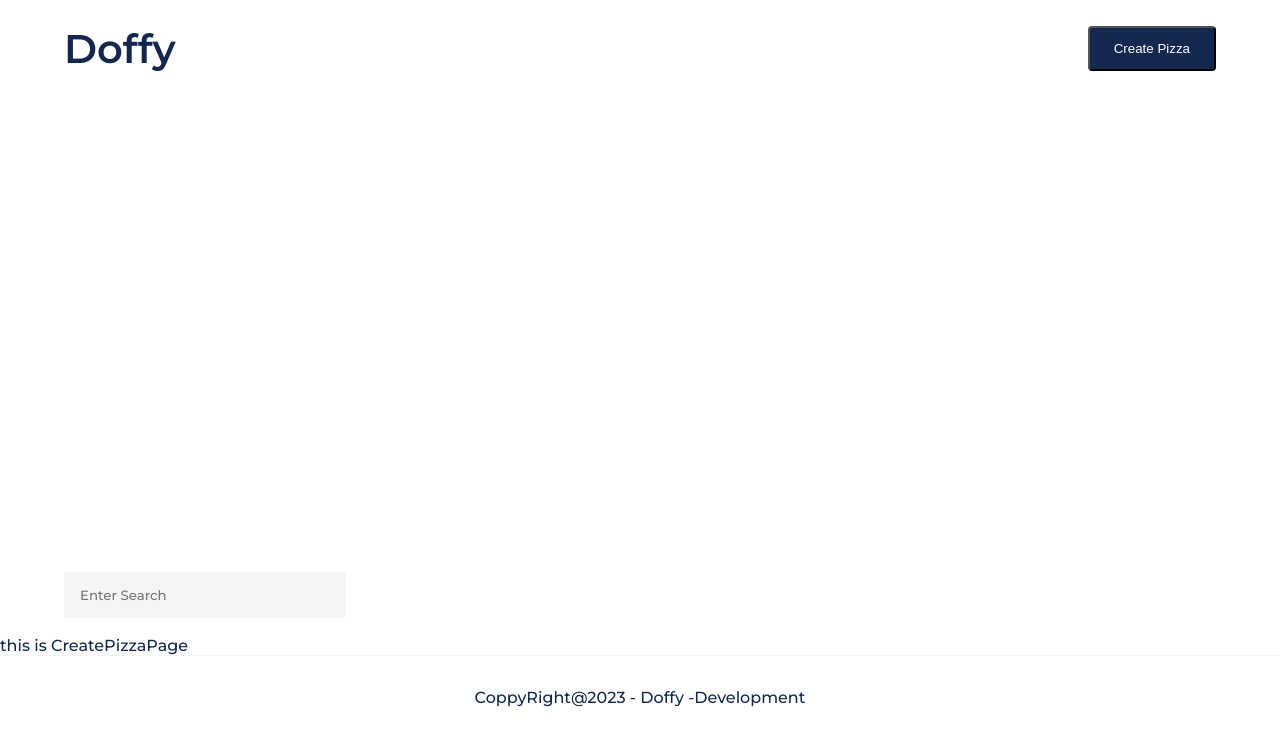
Repository: 16-Doffy/Pizza-Store
Page: /
The author's editor kept a copy of each file at every save. The page is drawn from the files as they stood at one save, then again after the next save.
The browser window is 1280 px wide. The pictures show the whole page.
The page's requests for data from a server got no answer. An inner scrolling area shows only its first screen. The project was rebuilt for these pictures with package versions that can differ from the ones it lists, and the page was loaded fresh each time. No one was signed in, and anything a server would have sent is missing. Also part of the build but not shown: webpack.config.js, src/sections/CardPizza.tsx.

Above is the page before, as saved 2025-02-08 13:36:52.

After the next save:
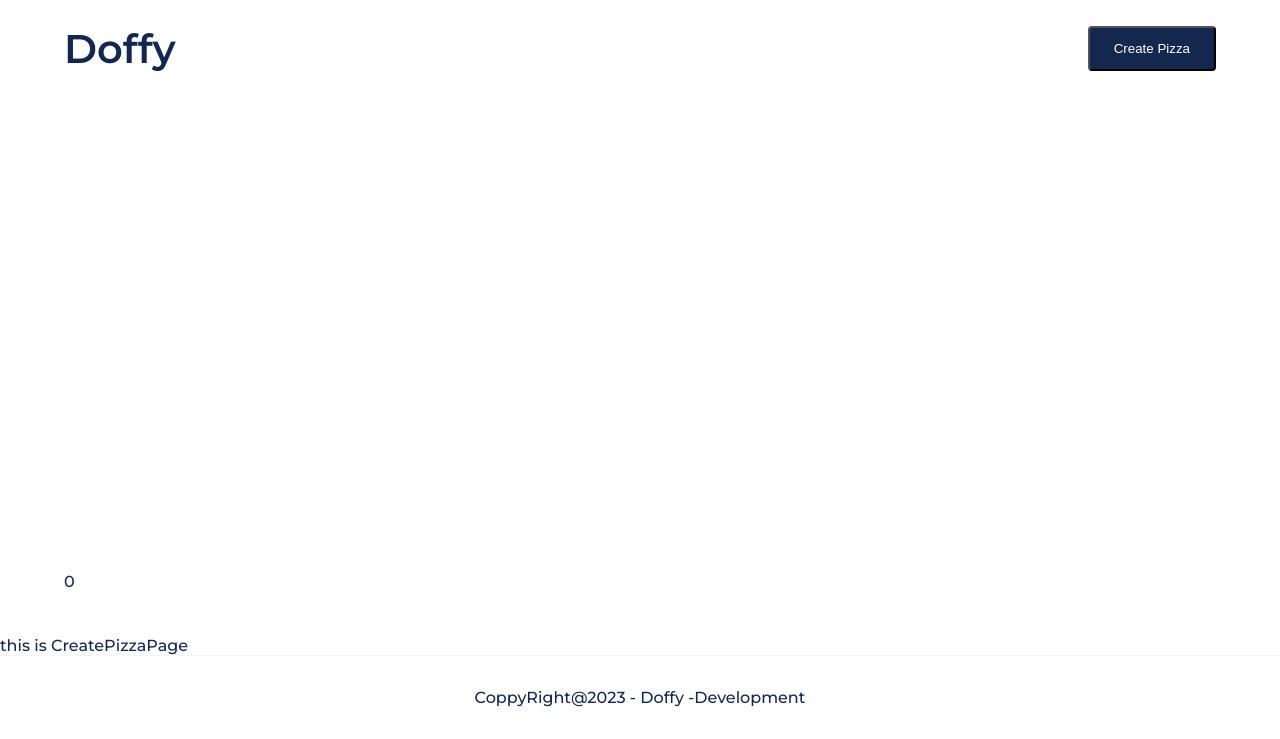
Saved 4 min 20 s later.
--- a/src/pages/HomePage.tsx
+++ b/src/pages/HomePage.tsx
@@ -9,9 +9,12 @@ const HomePage = () => {
   const [pizzas, setPizzas] = useState<Pizza[]>([]);
   const [isLoading, setIsLoading] = useState(false);
   const [page, setPage] = useState<number>(1);
+  const handleShowMore = () => {
+    setIsLoading(true);
+    setPage(page => page + 1);
+  }
+  useEffect(() => {
 
-  useEffect(() => {
-    setIsLoading(true)
     fetch(`https://668a837a2c68eaf3211d01c4.mockapi.io/laptop/product?page=${page}`)
       .then(res => res.json())
       .then((data) => {
@@ -37,28 +40,32 @@ const HomePage = () => {
         </div>
       )
     }
-     <div>
-    <TextField placeholder="Enter Search" width="250px" />
-      <div className="wrapper-card-items">
-        {
-        (pizzas || []).map((item, index) =>
-          <CardPizza
-            key={index}
-            id={item.id}
-            productName={item.productName}
-            description={item.description}
-          />
-        )
-        }
-      </div>
+   {
+    pizzas.length && (
+      <div>
+      <TextField placeholder="Enter Search" width="250px" />
+        <div className="wrapper-card-items">
+          {
+          (pizzas || []).map((item, index) =>
+            <CardPizza
+              key={index}
+              id={item.id}
+              productName={item.productName}
+              description={item.description}
+            />
+          )
+          }
+        </div>
 
-      <div
-          style={{ display: "flex", width: "100%", justifyContent: "center" }}>
-         <ButtonField loading={isLoading} onClick={() => setPage(page => page + 1)}>
-           Show more
-            </ButtonField>
-        </div>
-        </div>
+        <div
+            style={{ display: "flex", width: "100%", justifyContent: "center" }}>
+           <ButtonField loading={isLoading} onClick={handleShowMore}>
+             Show more
+              </ButtonField>
+          </div>
+          </div>
+    )
+   }
     </div>
     </>
   )
